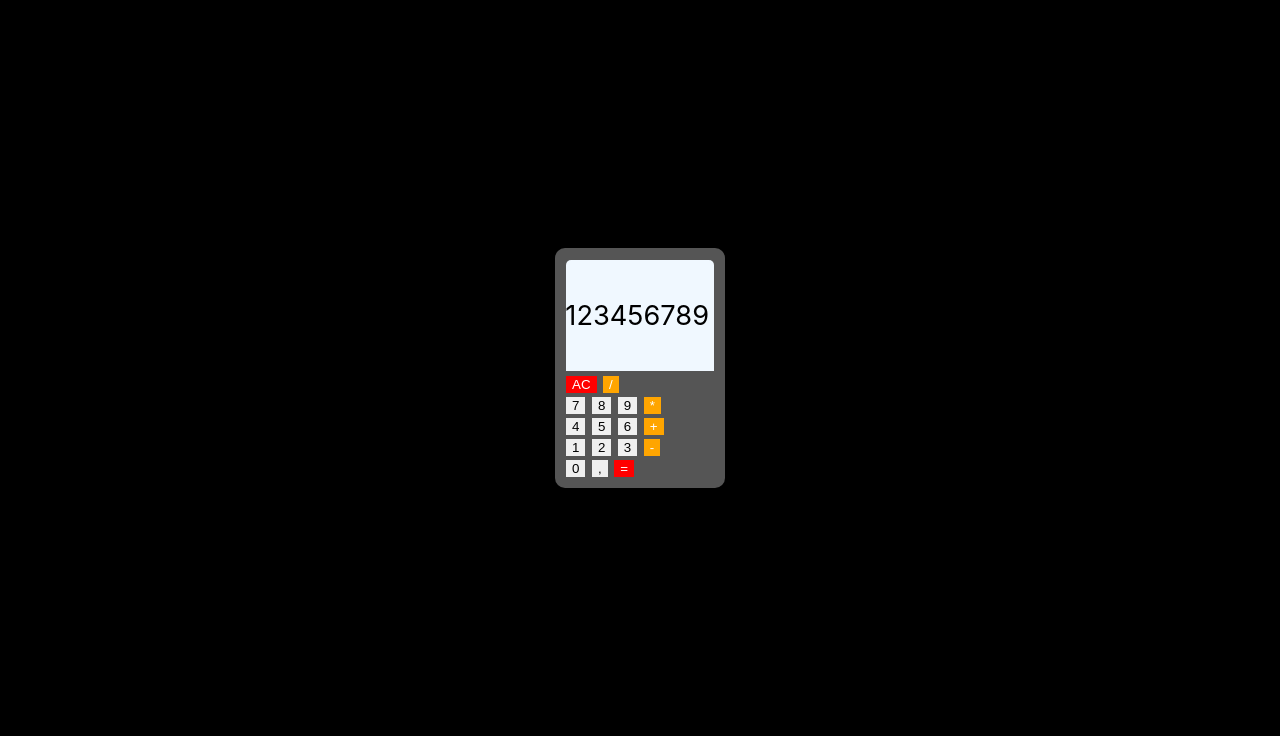
Repository: andersonxoliveira/Aplicacao_Calculadora
Page: /
An editor plug-in stored every save of this project. The page is shown before and after the next save, followed by the edit.
The browser window is 1280 px wide. The pictures show the whole page.
The project was rebuilt for these pictures with package versions that can differ from the ones it lists, and the page was loaded fresh each time. Also part of the build but not shown: svelte.config.js, vite.config.ts.

Above is the page before, as saved 2022-06-26 18:33:48.

After the next save:
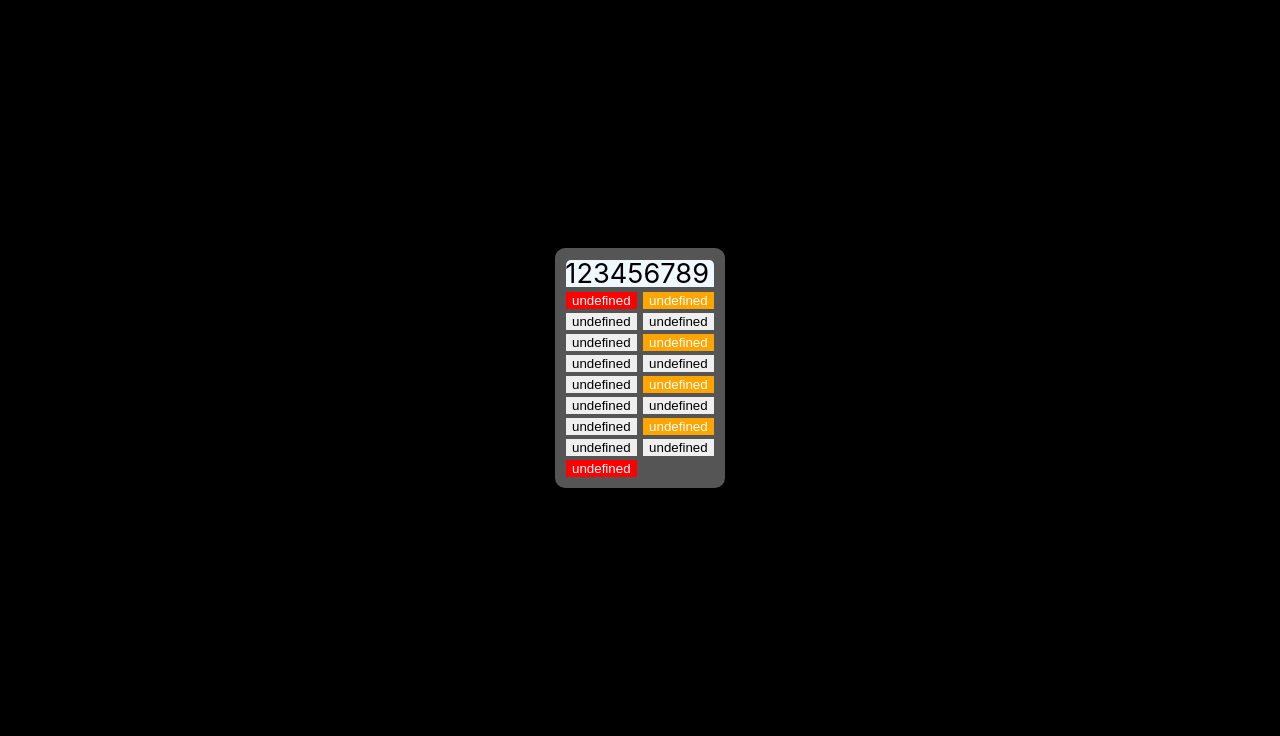
Saved 43 s later.
--- a/src/components/Botao.svelte
+++ b/src/components/Botao.svelte
@@ -1,5 +1,5 @@
 <script lang="ts">
-      export let texto: string
+      export let botao: string
       export let triplo: boolean = false
       export let duplo: boolean = false
       export let operacao: boolean = false
@@ -8,7 +8,7 @@
 
 <button class= "botao"
 class:triplo class:duplo class:operacao class:destaque>
-{texto}
+{botao}
 </button>
 
 <style>
